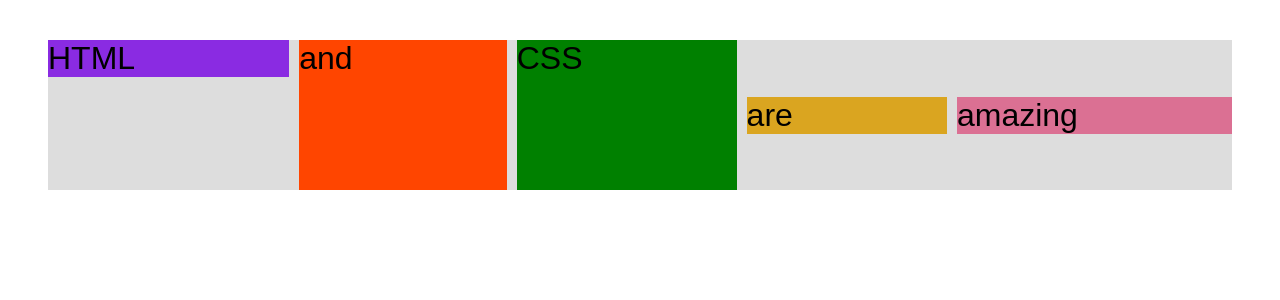
Repository: nghiakma/HTML-CSS-Fundamental
Page: HTML/flexbox.html
An editor plug-in stored every save of this project. The page is shown before and after the next save, followed by the edit.
The browser window is 1280 px wide. The pictures show the whole page.

Above is the page before, as saved 2023-08-23 18:05:16.

After the next save:
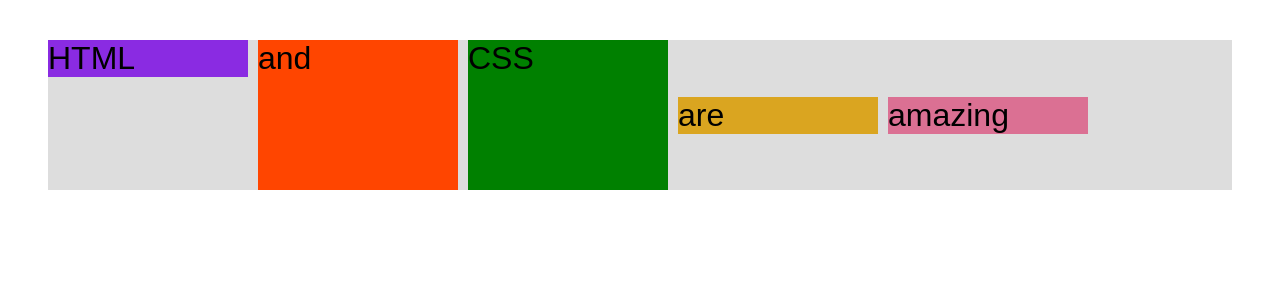
Saved 112 s later.
--- a/HTML/flexbox.html
+++ b/HTML/flexbox.html
@@ -56,8 +56,9 @@
       Neu chi dung cho mot flex item thi chi co
       item do chiem khoang khong gian thua vung chua*/
       /* flex-basis: 200px; */
-      flex-shrink: 0;
-      flex-grow: 1;
+      /* flex-shrink: 0;
+      flex-grow: 1; */
+      flex: 0 0 200px;
     }
 
     /*Vung chua flex lay chieu cao cua phan tu cao nhat*/

After the save that followed:
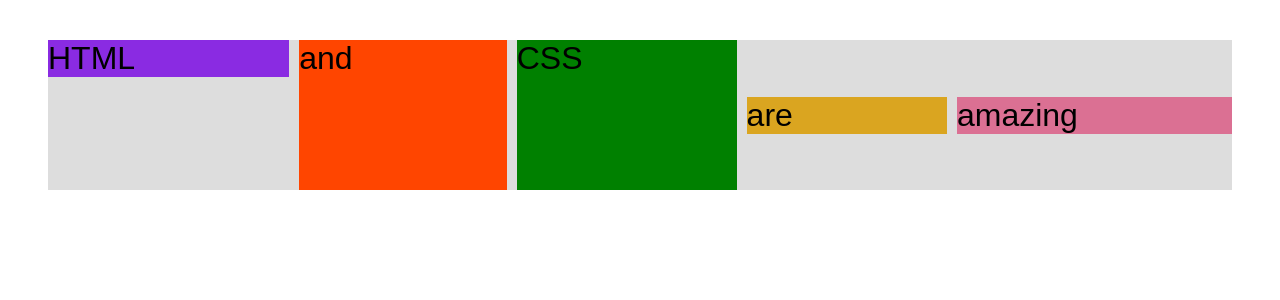
Saved 30 s later.
--- a/HTML/flexbox.html
+++ b/HTML/flexbox.html
@@ -56,9 +56,9 @@
       Neu chi dung cho mot flex item thi chi co
       item do chiem khoang khong gian thua vung chua*/
       /* flex-basis: 200px; */
-      /* flex-shrink: 0;
-      flex-grow: 1; */
-      flex: 0 0 200px;
+      /* flex-shrink: 0;*/
+      flex-grow: 1;
+      /* flex: 0 0 200px; */
     }
 
     /*Vung chua flex lay chieu cao cua phan tu cao nhat*/
